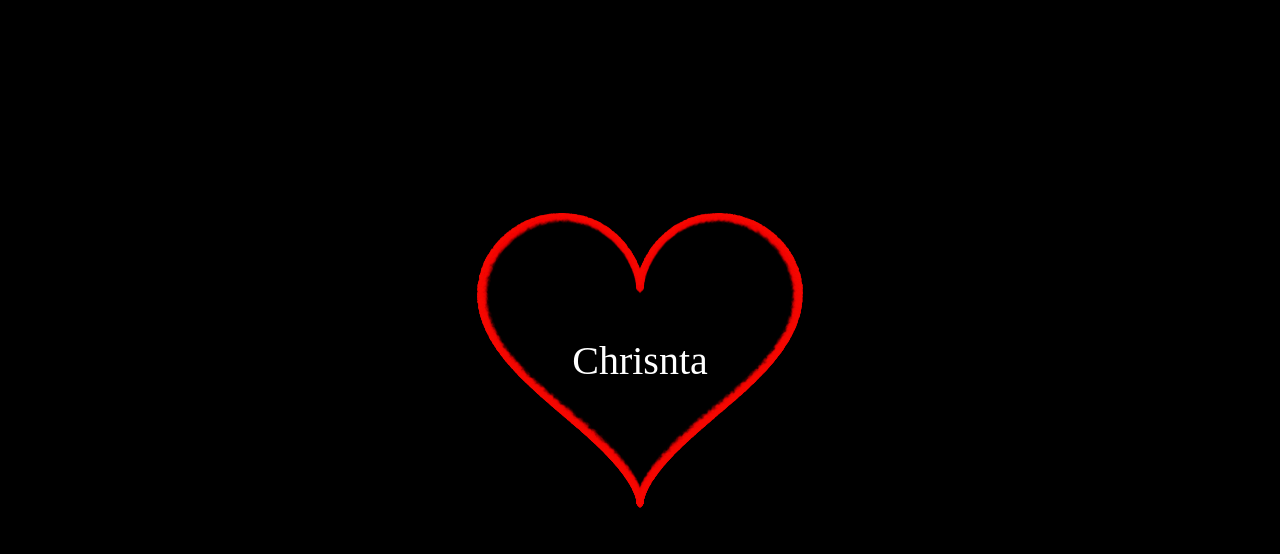
Repository: thaiduy1704/Heart
Page: index.html
The author's editor kept a copy of each file at every save. The page is drawn from the files as they stood at one save, then again after the next save.
The browser window is 1280 px wide. The pictures show the whole page.

Above is the page before, as saved 2022-11-11 01:59:13.
Not found: style.css

After the next save:
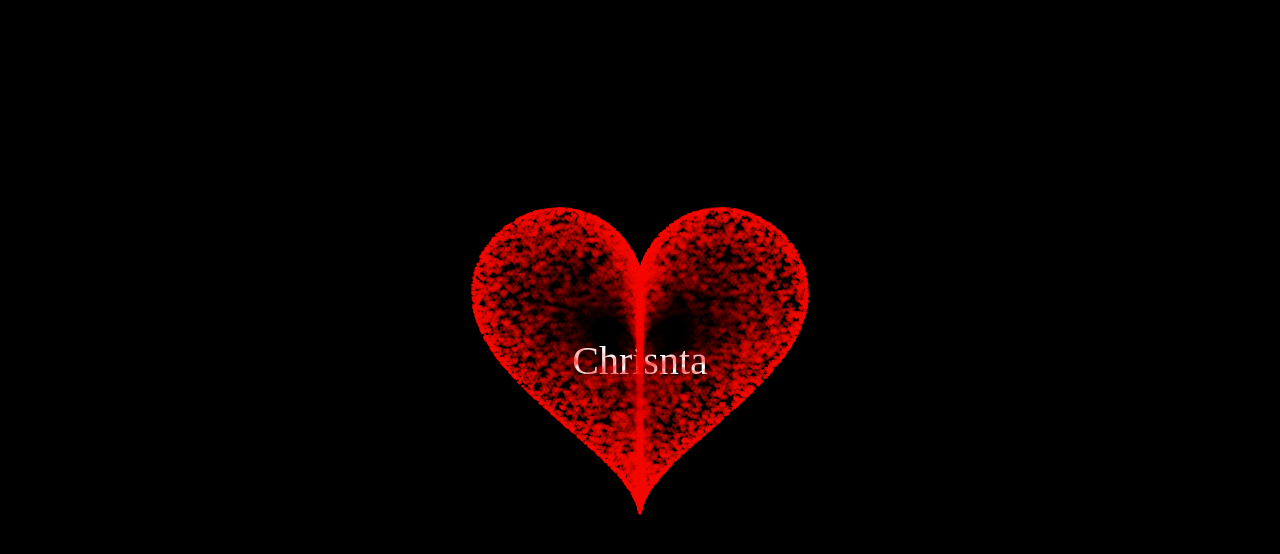
Saved 8 s later.
--- a/index.html
+++ b/index.html
@@ -30,7 +30,7 @@ var settings = {
   particles: {
     length:   10000, // maximum amount of particles
     duration:   4, // particle duration in sec
-    velocity: 1, // particle velocity in pixels/sec
+    velocity: 20, // particle velocity in pixels/sec
     effect: -1.3, // play with this for a nice effect
     size:      8, // particle size in pixels
   },
